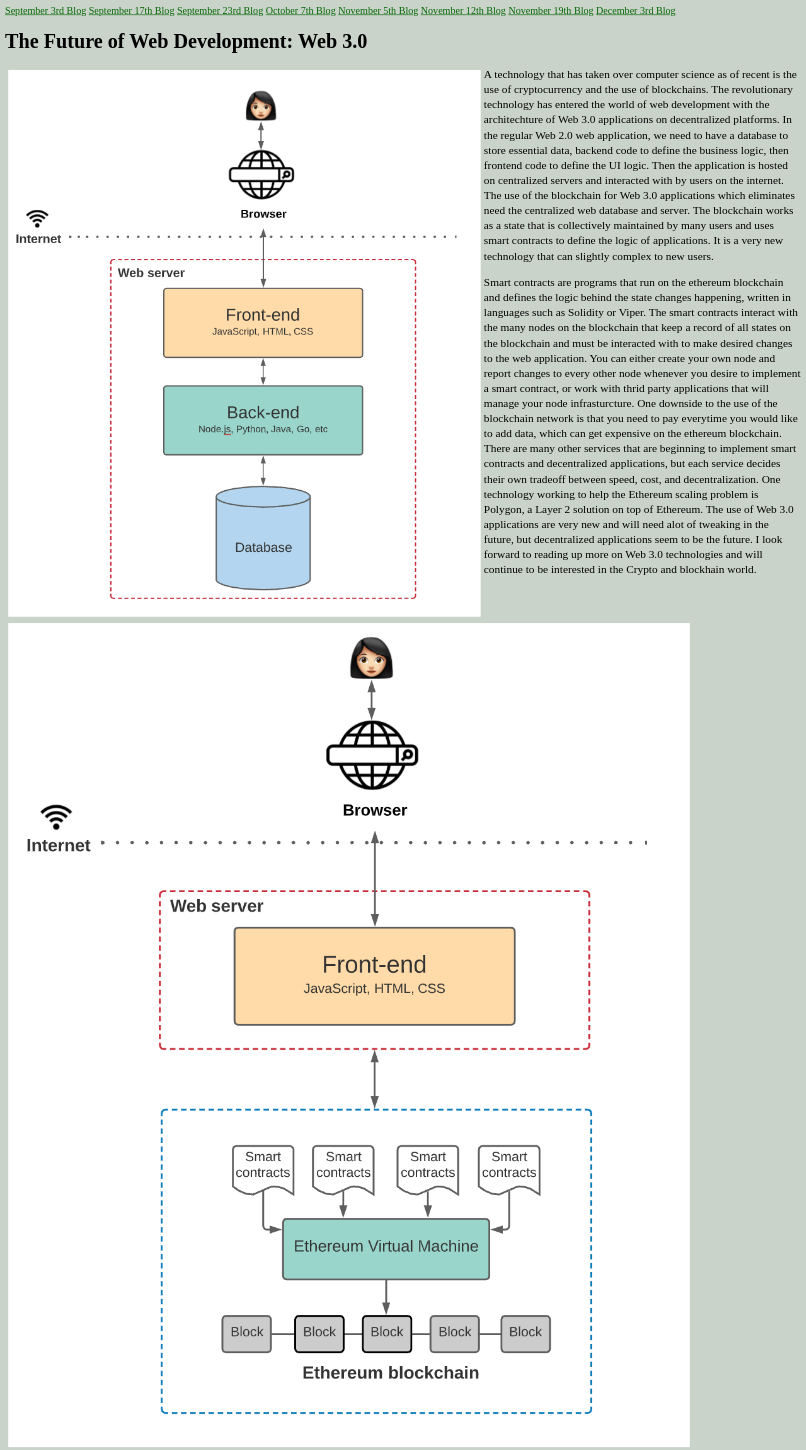
Repository: alharama/WebBlog
Page: Dec_3rd.html
The author's editor kept a copy of each file at every save. The page is drawn from the files as they stood at one save, then again after the next save.
The browser window is 1280 px wide. The pictures show the whole page, at 63% of full size.

Above is the page before, as saved 2021-12-02 22:53:35.

### Dec_3rd.html
<!DOCTYPE html>
<html>
  <head>
    <a href="index.html"> September 3rd Blog</a>
    <a href="second_blog.html"> September 17th Blog</a>
    <a href="Sept_23.html"> September 23rd Blog</a>
    <a href="Oct_7.html"> October 7th Blog</a>
    <a href="Nov_5.html"> November 5th Blog</a>
    <a href="Nov_12.html"> November 12th Blog</a>
    <a href="Nov_19.html"> November 19th Blog</a>
    <a href="Dec_3rd.html"> December 3rd Blog</a>

    <title>December 3rd Blog</title>

    <style>
      a {
        text-decoration: underline;
        color: rgb(5, 104, 5);
      }
      a:visited {
        text-decoration: none;
      }

      h2 {
        text-decoration: underline;
      }

      #writeup {
        text-indent: 30px;
      }

      body {
        background-color: rgba(190, 201, 190, 0.808);
      }

      body > .writeup {
        font-size: 18px;
        line-height: 24px;
      }

      img {
        float: left;
        margin: 5px;
      }
    </style>
  </head>

  <body>
    <h1>The Future of Web Development: Web 3.0</h1>

    <img src="web2.png" alt="web 2.0 graphic" />
    <p class="writeup">
      A technology that has taken over computer science as of recent is the use
      of cryptocurrency and the use of blockchains. The revolutionary technology
      has entered the world of web development with the architechture of Web 3.0
      applications on decentralized platforms. In the regular Web 2.0 web
      application, we need to have a database to store essential data, backend
      code to define the business logic, then frontend code to define the UI
      logic. Then the application is hosted on centralized servers and
      interacted with by users on the internet. The use of the blockchain for
      Web 3.0 applications which eliminates need the centralized web database
      and server. The blockchain works as a state that is collectively
      maintained by many users and uses smart contracts to define the logic of
      applications. It is a very new technology that can slightly complex to new
      users.
    </p>

    <img src="web3.png" alt="web 3.0 graphic" />
    <p class="writeup">
      Smart contracts are programs that run on the ethereum blockchain and
      defines the logic behind the state changes happening, written in languages
      such as Solidity or Viper. The smart contracts interact with the many
      nodes on the blockchain that keep a record of all states on the blockchain
      and must be interacted with to make desired changes to the web
      application. You can either create your own node and report changes to
      every other node whenever you desire to implement a smart contract, or
      work with thrid party applications that will manage your node
      infrasturcture. One downside to the use of the blockchain network is that
      you need to pay everytime you would like to add data, which can get
      expensive on the ethereum blockchain. There are many other services that
      are beginning to implement smart contracts and decentralized applications,
      but each service decides their own tradeoff between speed, cost, and
      decentralization. One technology working to help the Ethereum scaling
      problem is Polygon, a Layer 2 solution on top of Ethereum. The use of Web
      3.0 applications are very new and will need alot of tweaking in the
      future, but decentralized applications seem to be the future. I look
      forward to reading up more on Web 3.0 technologies and will continue to be
      interested in the Crypto and blockhain world.
    </p>
  </body>
</html>

After the next save:
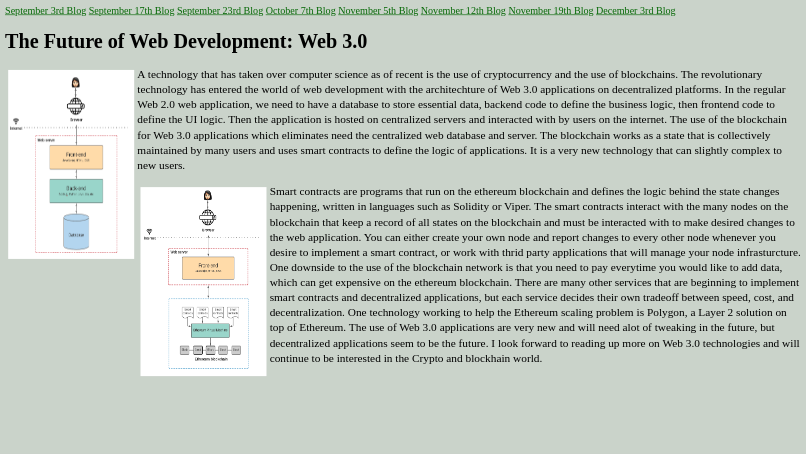
Saved 22 s later.
--- a/Dec_3rd.html
+++ b/Dec_3rd.html
@@ -41,6 +41,8 @@
       img {
         float: left;
         margin: 5px;
+        height: 300px;
+        width: 200px;
       }
     </style>
   </head>
